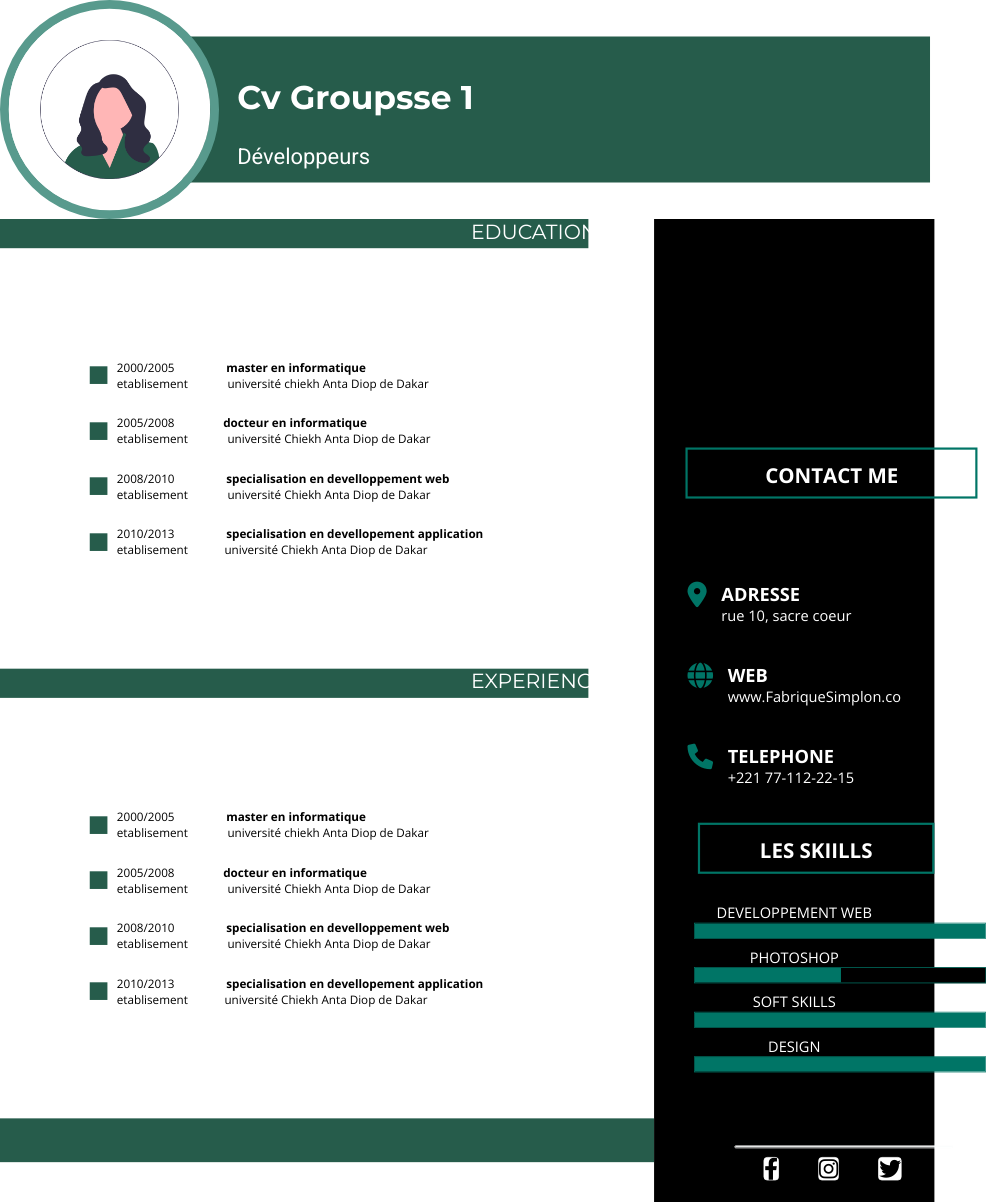
Repository: NdiongueFH/Mon_CV
Page: CV_Groupe1.html
An editor plug-in stored every save of this project. The page is shown before and after the next save, followed by the edit.
The browser window is 1280 px wide. The page is 1351 px wide, so the pictures cover 1351 px, including what lies to the right of the window. The pictures show the whole page, at 73% of full size.

Above is the page before, as saved 2024-08-05 15:34:18.

After the next save:
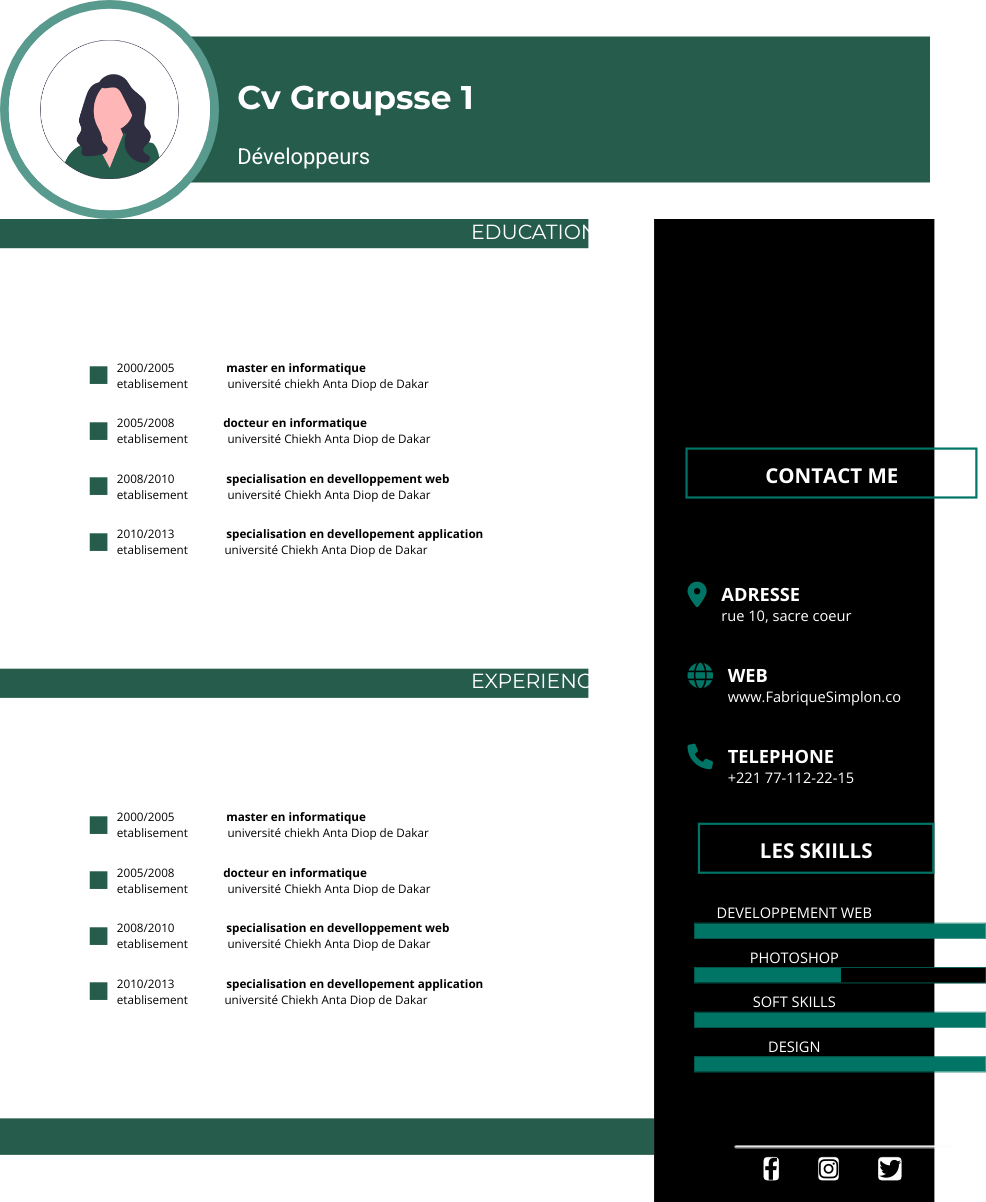
Saved 73 s later.
--- a/CV_Groupe1.css
+++ b/CV_Groupe1.css
@@ -176,7 +176,7 @@ margin-left: 50px;
 /*Footer*/
 #footer {
     height: 10px;
-    padding: 30px;
+    padding-top: 50px;
     background-color: var(--color-backgroundFoncé);
 }
 
